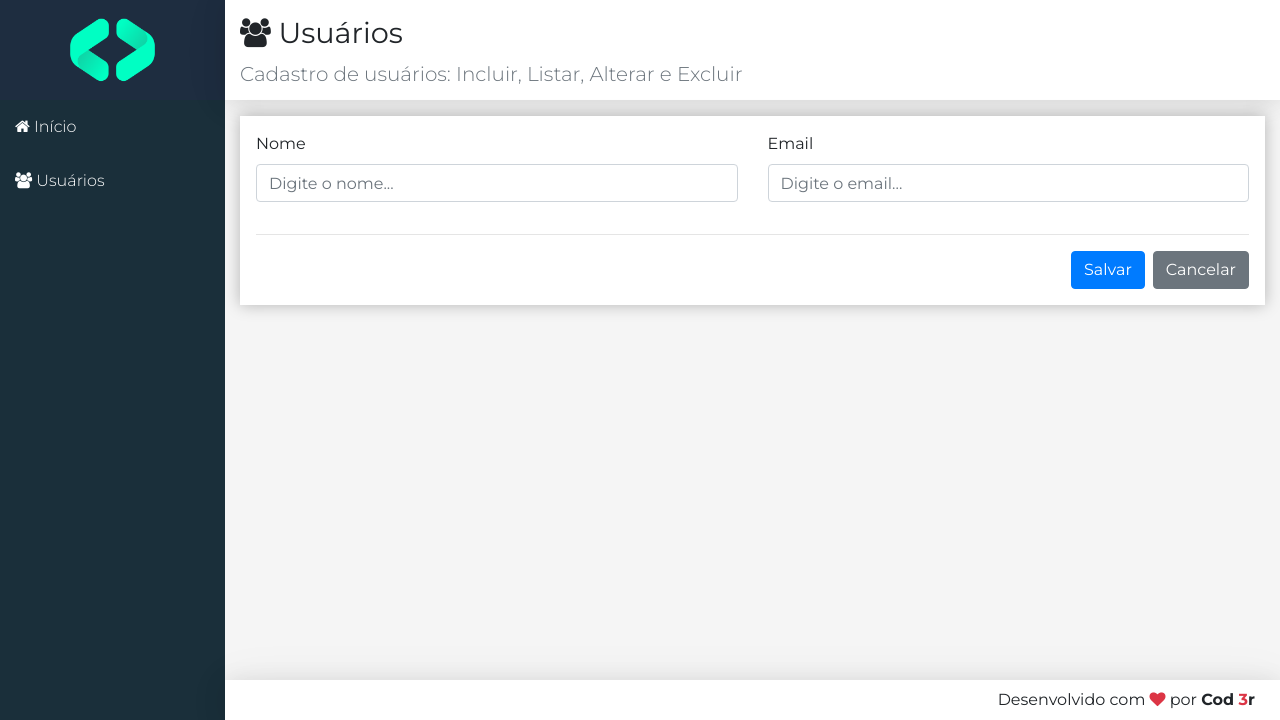
Repository: eversonps/projeto-cadastro-usuarios-firebase
Page: /users (app in frontend/)
The author's editor kept a copy of each file at every save. The page is drawn from the files as they stood at one save, then again after the next save.
The browser window is 1280 px wide. The pictures show the whole page.
The project was rebuilt for these pictures with package versions that can differ from the ones it lists, and the page was loaded fresh each time. Requests to the local data server were answered from the project's data file. Also part of the build but not shown: frontend/src/components/home/home.jsx.

Above is the page before, as saved 2022-03-22 15:10:32.

After the next save:
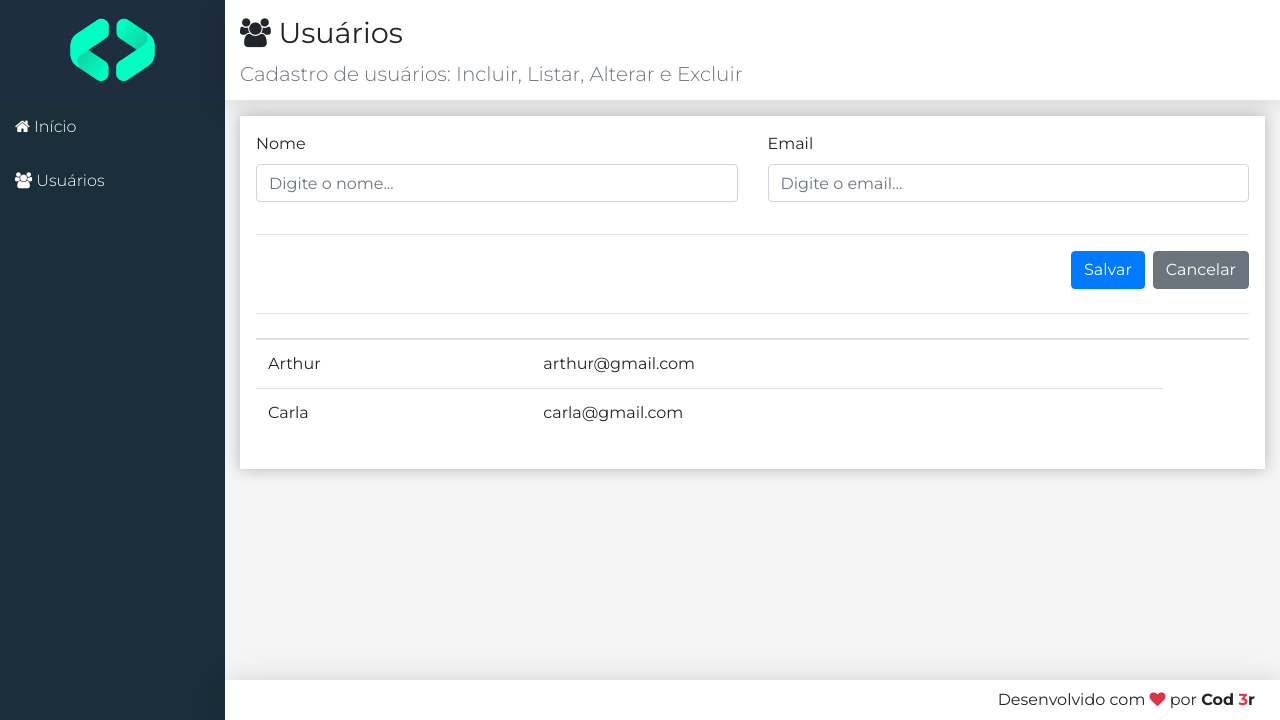
Saved 43 s later.
--- a/frontend/src/components/user/userCrud.jsx
+++ b/frontend/src/components/user/userCrud.jsx
@@ -125,6 +125,7 @@ export default class UserCrud extends Component{
         return (
             <Main {...headerProps}>
                 {this.renderForm()}
+                {this.renderTable()}
             </Main>
         )
     }
